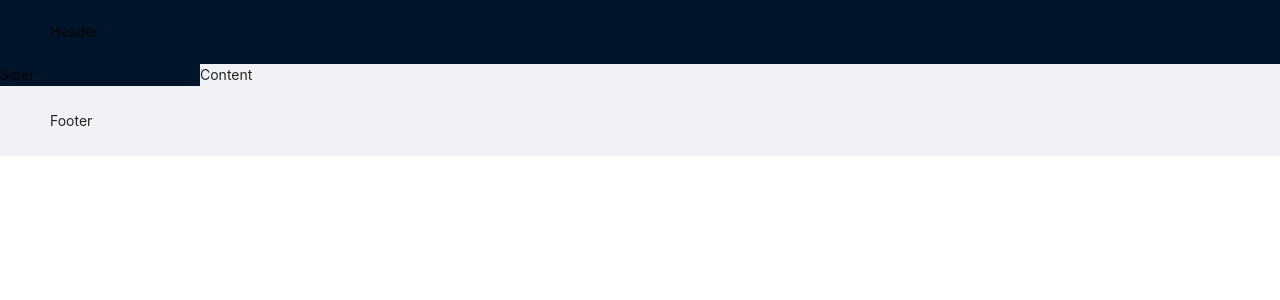
Repository: fangxueliang/react-redux-
Page: /
These files come from the project's save history. The page is drawn as it stood at one moment and after the next save; the edit follows.
The browser window is 1280 px wide. The pictures show the whole page.
The project was rebuilt for these pictures with package versions that can differ from the ones it lists, and the page was loaded fresh each time.

Above is the page before, as saved 2020-12-29 17:12:27.

### public/index.html
<!DOCTYPE html>
<html lang="en">
  <head>
    <meta charset="utf-8" />
    <meta name="theme-color" content="#000000" />
    <meta name="description" content="Web site created using create-react-app" />
    <title>React App</title>
  </head>
  <body>
    <div id="root"></div>
  </body>
</html>

### src/index.js
// 主入口文件
import React from 'react';
import ReactDOM from 'react-dom';
import App from './App';
import './Common/CSS/layout.css'

ReactDOM.render(
  <div style={{ width: '100%', height: '100%' }}>
    <App />
  </div>,
  document.getElementById('root')
);

### src/App.js
import { Layout } from 'antd'
import 'antd/dist/antd.css'
const { Header, Footer, Content, Sider } = Layout

function App() {
  return (
    <Layout>
      <div className="layout">
        <Header> Header </Header>
        <Layout>
          <Sider> Sider </Sider> <Content> Content </Content>
        </Layout>
        <Footer> Footer </Footer>
      </div>
    </Layout>
  )
}
export default App

### src/Common/CSS/layout.css
/* 布局样式  */
.App_layout .ant-layout-header {
    background: #ccc;
}

.App_layout .ant-layout-footer {
    background: #ccc;
}

.App_layout .ant-layout-content {
    background: #fff;
}

.App_layout .ant-layout-sider {
    background: #fff;
}

After the next save:
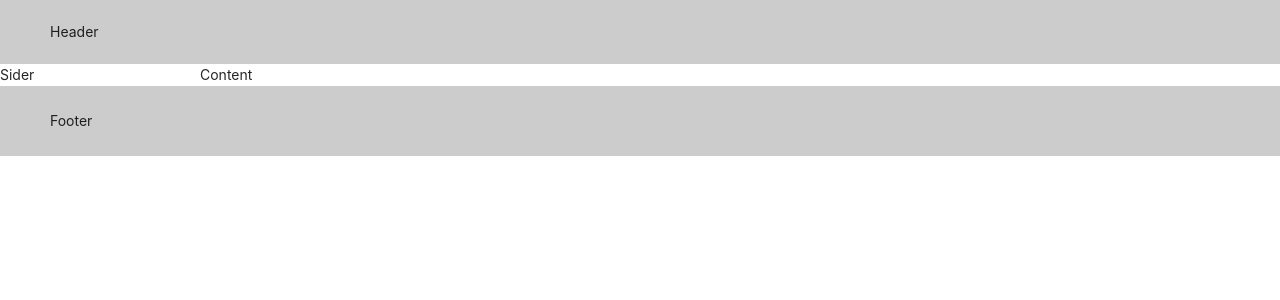
Saved 35 s later.
--- a/src/App.js
+++ b/src/App.js
@@ -5,7 +5,7 @@ const { Header, Footer, Content, Sider } = Layout
 function App() {
   return (
     <Layout>
-      <div className="layout">
+      <div className="App_layout">
         <Header> Header </Header>
         <Layout>
           <Sider> Sider </Sider> <Content> Content </Content>
